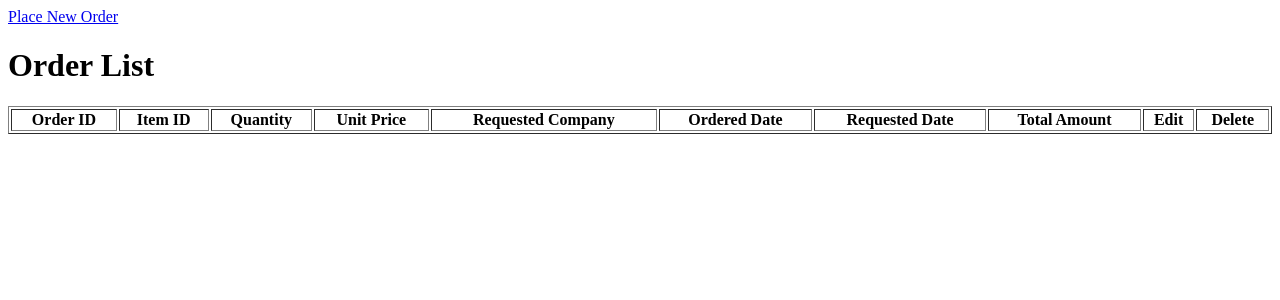
Repository: nirmaniPathiranage/CSSE-Procurement-Management
Page: http://localhost/Item_Management/ListOrderServlet
The author's editor kept a copy of each file at every save. The page is drawn from the files as they stood at one save, then again after the next save.
The browser window is 1280 px wide. The pictures show the whole page.
The page is served by Tomcat 9. Other server files are loaded and not shown. Queries for data that is not in the repository find no rows.

Above is the page before, as saved 2019-09-28 16:50:14.

### Item_Management/src/com/mvc/servlet/ListOrderServlet.java
package com.mvc.servlet;

import java.io.IOException;
import java.io.PrintWriter;
import java.util.List;

import javax.servlet.ServletException;
import javax.servlet.annotation.WebServlet;
import javax.servlet.http.HttpServlet;
import javax.servlet.http.HttpServletRequest;
import javax.servlet.http.HttpServletResponse;

import com.mvc.model.Order;
import com.mvc.service.OrderDAO;
import com.mvc.service.OrderDAOInterface;

/**
 * Servlet implementation class ListOrderServlet
 */
@WebServlet("/ListOrderServlet")
public class ListOrderServlet extends HttpServlet {
	private static final long serialVersionUID = 1L;

	/**
	 * @see HttpServlet#HttpServlet()
	 */
	public ListOrderServlet() {
		super();
	}

	/**
	 * @see HttpServlet#doGet(HttpServletRequest request, HttpServletResponse
	 *      response)
	 */
	protected void doGet(HttpServletRequest request, HttpServletResponse response)
			throws ServletException, IOException {
		response.setContentType("text/html");
		PrintWriter out = response.getWriter();

		out.println("<a href='PlaceOrder.jsp'>Place New Order</a>");
		out.println("<h1>Order List</h1>");

		OrderDAOInterface orderDAOInterface = new OrderDAO();
		List<Order> list = orderDAOInterface.getAllOrders();

		out.print("<table border='1' width='100%'");
		out.print(
				"<tr><th>Order ID</th><th>Item ID</th><th>Quantity</th><th>Unit Price</th><th>Requested Company</th><th>Ordered Date</th><th>Requested Date</th><th>Total Amount</th><th>Edit</th><th>Delete</th></tr>");

		for (Order order : list) {
			out.print("<tr><td>" + order.getOrderID() + "</td><td>" + order.getItemID() + "</td><td>"
					+ order.getQuantity() + "</td><td>" + order.getUnitPrice() + "</td><td>" + order.getCompany()
					+ "</td><td>" + order.getOrderDate() + order.getRequestedDate() + "</td><td>" + order.getQuantity() * order.getUnitPrice()
					+ "</td><td><a href='UpdateOrderServlet?orderid=" + order.getOrderID()
					+ "'>edit</a></td><td><a href='DeleteOrderServlet?orderid=" + order.getOrderID()
					+ "'>delete</a></td></tr>");
		}
		out.print("</table>");

		out.close();
	}

	/**
	 * @see HttpServlet#doPost(HttpServletRequest request, HttpServletResponse
	 *      response)
	 */
	protected void doPost(HttpServletRequest request, HttpServletResponse response)
			throws ServletException, IOException {
		doGet(request, response);
	}

}

### Item_Management/src/com/mvc/service/OrderDAO.java
package com.mvc.service;

import java.sql.Connection;
import java.sql.PreparedStatement;
import java.sql.ResultSet;
import java.sql.SQLException;
import java.util.ArrayList;
import java.util.List;
import java.util.logging.Level;
import java.util.logging.Logger;

import com.mvc.model.Order;
import com.mvc.util.CommonConstants;
import com.mvc.util.DBConnectionUtil;
import com.mvc.util.QueryUtil;

/**
 * Contract for the implementation of OrderDAO Service .
 */

public class OrderDAO implements OrderDAOInterface {

	/** Initialize logger */
	public static final Logger logger = Logger.getLogger(OrderDAO.class.getName());

	private static Connection connection;

	private PreparedStatement preparedStatement;

	/**
	 * Add set of orders for as a batch from the selected order List
	 *
	 * @throws SQLException - Thrown when database access error occurs or this
	 *                      method is called on a closed connection
	 */

	@Override
	public int add(Order order) {

		int status = 0;

		try {

			connection = DBConnectionUtil.createConnection();

			/*
			 * Query is available in QueryUtil.java file
			 */
			preparedStatement = connection.prepareStatement(QueryUtil.ADD_NEW_ORDER);

			connection.setAutoCommit(false);

			// Generate item IDs
			preparedStatement.setString(CommonConstants.COLUMN_INDEX_ONE, order.getOrderID());
			preparedStatement.setString(CommonConstants.COLUMN_INDEX_TWO, order.getItemID());
			preparedStatement.setDouble(CommonConstants.COLUMN_INDEX_THREE, order.getQuantity());
			preparedStatement.setDouble(CommonConstants.COLUMN_INDEX_FOUR, order.getUnitPrice());
			preparedStatement.setString(CommonConstants.COLUMN_INDEX_FIVE, order.getCompany());
			preparedStatement.setString(CommonConstants.COLUMN_INDEX_SIX, order.getOrderDate());
			preparedStatement.setString(CommonConstants.COLUMN_INDEX_SEVEN, order.getRequestedDate());

			// Add order
			status = preparedStatement.executeUpdate();

			connection.commit();

		} catch (SQLException e) {
			logger.log(Level.SEVERE, e.getMessage());
		} catch (Exception ex) {
			logger.log(Level.SEVERE, ex.getMessage());
		} finally {
			/*
			 * Close prepared statement and database connectivity at the end of transaction
			 */
			try {
				if (preparedStatement != null) {
					preparedStatement.close();
				}
				if (connection != null) {
					connection.close();
				}
			} catch (SQLException e) {
				log.log(Level.SEVERE, e.getMessage());
			}
		}

		return status;

	}

	/**
	 * Get the updated order
	 *
	 * @return return the Order object
	 *
	 * @throws SQLException - Thrown when database access error occurs or this
	 *                      method is called on a closed connection
	 */
	@Override
	public int update(Order order) {

		int status = 0;

		try {

			connection = DBConnectionUtil.createConnection();

			preparedStatement = connection.prepareStatement(QueryUtil.UPDATE_ORDER);

			preparedStatement.setString(CommonConstants.COLUMN_INDEX_ONE, order.getItemID());
			preparedStatement.setDouble(CommonConstants.COLUMN_INDEX_TWO, order.getQuantity());
			preparedStatement.setDouble(CommonConstants.COLUMN_INDEX_THREE, order.getUnitPrice());
			preparedStatement.setString(CommonConstants.COLUMN_INDEX_FOUR, order.getCompany());
			preparedStatement.setString(CommonConstants.COLUMN_INDEX_FIVE, order.getOrderDate());
			preparedStatement.setString(CommonConstants.COLUMN_INDEX_SIX, order.getRequestedDate());
			preparedStatement.setString(CommonConstants.COLUMN_INDEX_SEVEN, order.getOrderID());

			status = preparedStatement.executeUpdate();

			connection.close();

		} catch (SQLException e) {
			logger.log(Level.SEVERE, e.getMessage());
		} catch (Exception ex) {
			logger.log(Level.SEVERE, ex.getMessage());
		} finally {
			/*
			 * Close prepared statement and database connectivity at the end of transaction
			 */
			try {
				if (preparedStatement != null) {
					preparedStatement.close();
				}
				if (connection != null) {
					connection.close();
				}
			} catch (SQLException e) {
				log.log(Level.SEVERE, e.getMessage());
			}
		}

		return status;

	}

	/**
	 * This method delete an order based on the provided ID
	 *
	 * @param orderID - Delete order according to the filtered order details
	 * @throws SQLException - Thrown when database access error occurs or this
	 *                      method is called on a closed connection
	 */
	@Override
	public int delete(String orderID) {

		int status = 0;

		// Before deleting check whether order ID is available
		if (orderID != null && !orderID.isEmpty()) {

			/*
			 * Remove order query will be retrieved from QueryUtil.java
			 */

			try {

				connection = DBConnectionUtil.createConnection();

				preparedStatement = connection.prepareStatement(QueryUtil.DELETE_ORDER);

				preparedStatement.setString(CommonConstants.COLUMN_INDEX_ONE, orderID);

				status = preparedStatement.executeUpdate();

				connection.close();

			} catch (SQLException e) {
				logger.log(Level.SEVERE, e.getMessage());
			} catch (Exception e) {
				logger.log(Level.SEVERE, e.getMessage());
			} finally {
				/*
				 * Close prepared statement and database connectivity at the end of transaction
				 */
				try {
					if (preparedStatement != null) {
						preparedStatement.close();
					}
					if (connection != null) {
						connection.close();
					}
				} catch (SQLException e) {
					log.log(Level.SEVERE, e.getMessage());
				}
			}

		}
		return status;

	}

	/**
	 * Order details can be retrieved based on the provided order ID
	 *
	 * @param orderID - Order details are filtered based on the ID
	 * @throws SQLException - Thrown when database access error occurs or this
	 *                      method is called on a closed connection
	 */
	@Override
	public Order getOrderById(String orderID) {

		Order order = new Order();

		try {

			connection = DBConnectionUtil.createConnection();

			preparedStatement = connection.prepareStatement(QueryUtil.GET_ORDER_BY_ID);

			preparedStatement.setString(CommonConstants.COLUMN_INDEX_ONE, orderID);

			ResultSet resultSet = preparedStatement.executeQuery();

			if (resultSet.next()) {

				order.setOrderID(resultSet.getString(CommonConstants.COLUMN_INDEX_ONE));
				order.setItemID(resultSet.getString(CommonConstants.COLUMN_INDEX_TWO));
				order.setQuantity(resultSet.getDouble(CommonConstants.COLUMN_INDEX_THREE));
				order.setUnitPrice(resultSet.getDouble(CommonConstants.COLUMN_INDEX_FOUR));
				order.setCompany(resultSet.getString(CommonConstants.COLUMN_INDEX_FIVE));
				order.setOrderDate(resultSet.getString(CommonConstants.COLUMN_INDEX_SIX));
				order.setRequestedDate(resultSet.getString(CommonConstants.COLUMN_INDEX_SEVEN));
			}

			connection.close();

		} catch (SQLException e) {
			logger.log(Level.SEVERE, e.getMessage());
		}

		catch (Exception ex) {
			logger.log(Level.SEVERE, ex.getMessage());
		} finally {
			/*
			 * Close prepared statement and database connectivity at the end of transaction
			 */
			try {
				if (preparedStatement != null) {
					preparedStatement.close();
				}
				if (connection != null) {
					connection.close();
				}
			} catch (SQLException e) {
				log.log(Level.SEVERE, e.getMessage());
			}
		}

		return order;

	}

	/**
	 * Get all list of orders
	 *
	 * @return List<Order>
	 * @throws SQLException - Thrown when database access error occurs or this
	 *                      method is called on a closed connection
	 */
	@Override
	public List<Order> getAllOrders() {

		List<Order> list = new ArrayList<Order>();

		try {

			connection = DBConnectionUtil.createConnection();

			preparedStatement = connection.prepareStatement(QueryUtil.GET_ALL_ORDERS);

			ResultSet resultSet = preparedStatement.executeQuery();

			while (resultSet.next()) {

				Order order = new Order();

				order.setOrderID(resultSet.getString(CommonConstants.COLUMN_INDEX_ONE));
				order.setItemID(resultSet.getString(CommonConstants.COLUMN_INDEX_TWO));
				order.setQuantity(resultSet.getDouble(CommonConstants.COLUMN_INDEX_THREE));
				order.setUnitPrice(resultSet.getDouble(CommonConstants.COLUMN_INDEX_FOUR));
				order.setCompany(resultSet.getString(CommonConstants.COLUMN_INDEX_FIVE));
				order.setOrderDate(resultSet.getString(CommonConstants.COLUMN_INDEX_SIX));
				order.setRequestedDate(resultSet.getString(CommonConstants.COLUMN_INDEX_SEVEN));

				list.add(order);
			}

			connection.close();

		} catch (SQLException e) {
			logger.log(Level.SEVERE, e.getMessage());
		} catch (Exception e) {
			logger.log(Level.SEVERE, e.getMessage());
		} finally {
			/*
			 * Close prepared statement and database connectivity at the end of transaction
			 */
			try {
				if (preparedStatement != null) {
					preparedStatement.close();
				}
				if (connection != null) {
					connection.close();
				}
			} catch (SQLException e) {
				log.log(Level.SEVERE, e.getMessage());
			}
		}

		return list;

	}

}

### Item_Management/src/com/mvc/util/DBConnectionUtil.java
package com.mvc.util;

import java.io.FileNotFoundException;
import java.io.IOException;
import java.io.InputStream;
import java.sql.Connection;
import java.sql.DriverManager;
import java.sql.SQLException;
import java.util.Properties;
import java.util.logging.Level;
import java.util.logging.Logger;

/** This is the Database connection creation class. */

public class DBConnectionUtil {

	/** Initialize logger */
	public static final Logger logger = Logger.getLogger(DBConnectionUtil.class.getName());

	private static Connection connection = null;

	// This works according to singleton pattern
	private DBConnectionUtil() {
	}

	/**
	 * Create Database connection for the given URL, Username and Password
	 *
	 * @return Connection this returns SQL connection for MySql Database
	 */

	public static Connection createConnection() {

		/**
		 * This creates new connection objects when connection is closed or it is null
		 */

		try {
			if (connection == null || connection.isClosed()) {
				try {
					Properties properties = new Properties();
					InputStream inputStream = DBConnectionUtil.class.getClassLoader()
							.getResourceAsStream(CommonConstants.PROPERTY_FILE);
					properties.load(inputStream);

					/** Declaring the drivername, url, username and password */

					String driver = properties.getProperty(CommonConstants.DRIVER_NAME);
					String url = properties.getProperty(CommonConstants.URL); // MySQL URL and followed by the database
																				// name
					String username = properties.getProperty(CommonConstants.USERNAME); // MySQL username
					String password = properties.getProperty(CommonConstants.PASSWORD); // MySQL password

					Class.forName(driver); // loading mysql driver
					connection = DriverManager.getConnection(url, username, password); // attempting to connect to MySQL
																						// database

				} catch (ClassNotFoundException e) {
					logger.log(Level.SEVERE, e.getMessage());
				} catch (SQLException e) {
					logger.log(Level.SEVERE, e.getMessage());
				} catch (FileNotFoundException e) {
					logger.log(Level.SEVERE, e.getMessage());
				} catch (IOException e) {
					logger.log(Level.SEVERE, e.getMessage());
				}
				return connection;
			}
		} catch (SQLException e) {
			logger.log(Level.SEVERE, e.getMessage());
		}
		return connection;
	}
}

After the next save:
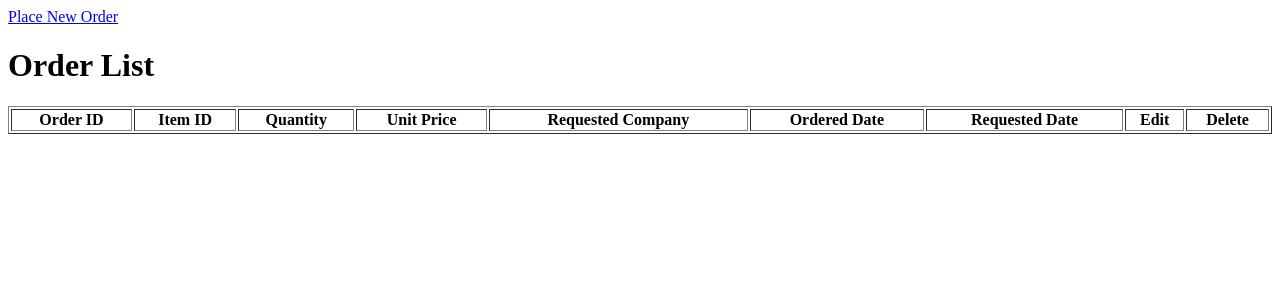
Saved 12 min 5 s later.
--- a/Item_Management/src/com/mvc/servlet/ListOrderServlet.java
+++ b/Item_Management/src/com/mvc/servlet/ListOrderServlet.java
@@ -10,6 +10,7 @@ import javax.servlet.http.HttpServlet;
 import javax.servlet.http.HttpServletRequest;
 import javax.servlet.http.HttpServletResponse;
 
+import com.mvc.model.Item;
 import com.mvc.model.Order;
 import com.mvc.service.OrderDAO;
 import com.mvc.service.OrderDAOInterface;
@@ -45,12 +46,12 @@ public class ListOrderServlet extends HttpServlet {
 
 		out.print("<table border='1' width='100%'");
 		out.print(
-				"<tr><th>Order ID</th><th>Item ID</th><th>Quantity</th><th>Unit Price</th><th>Requested Company</th><th>Ordered Date</th><th>Requested Date</th><th>Total Amount</th><th>Edit</th><th>Delete</th></tr>");
+				"<tr><th>Order ID</th><th>Item ID</th><th>Quantity</th><th>Unit Price</th><th>Requested Company</th><th>Ordered Date</th><th>Requested Date</th><th>Edit</th><th>Delete</th></tr>");
 
 		for (Order order : list) {
-			out.print("<tr><td>" + order.getOrderID() + "</td><td>" + order.getItemID() + "</td><td>"
-					+ order.getQuantity() + "</td><td>" + order.getUnitPrice() + "</td><td>" + order.getCompany()
-					+ "</td><td>" + order.getOrderDate() + order.getRequestedDate() + "</td><td>" + order.getQuantity() * order.getUnitPrice()
+			out.print("<tr><td>" + order.getOrderID() + "</td><td>" + order.getItemID() + "</td><td>" + order.getQuantity()
+					+ "</td><td>" + order.getUnitPrice() + "</td><td>" + order.getCompany() + "</td><td>"
+					+ order.getOrderDate() + "</td><td>" + order.getRequestedDate()
 					+ "</td><td><a href='UpdateOrderServlet?orderid=" + order.getOrderID()
 					+ "'>edit</a></td><td><a href='DeleteOrderServlet?orderid=" + order.getOrderID()
 					+ "'>delete</a></td></tr>");
